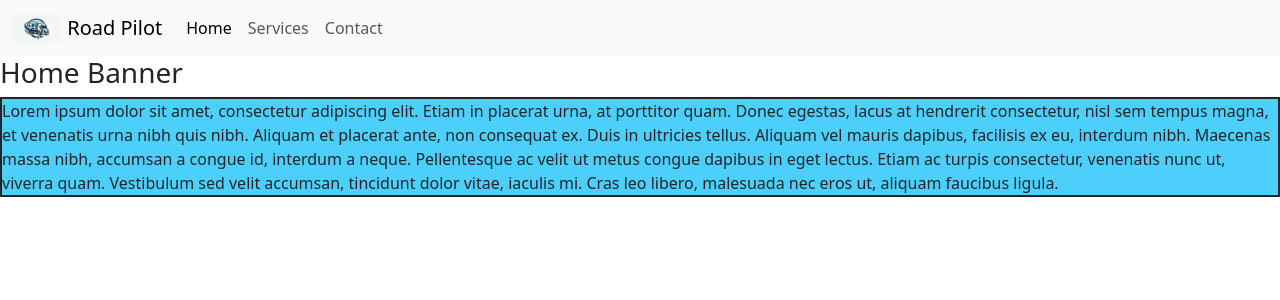
Repository: VictoriousMango/WebCreator
Page: index.html
An editor plug-in stored every save of this project. The page is shown before and after the next save, followed by the edit.
The browser window is 1280 px wide. The pictures show the whole page.

Above is the page before, as saved 2024-11-09 13:36:58.

After the next save:
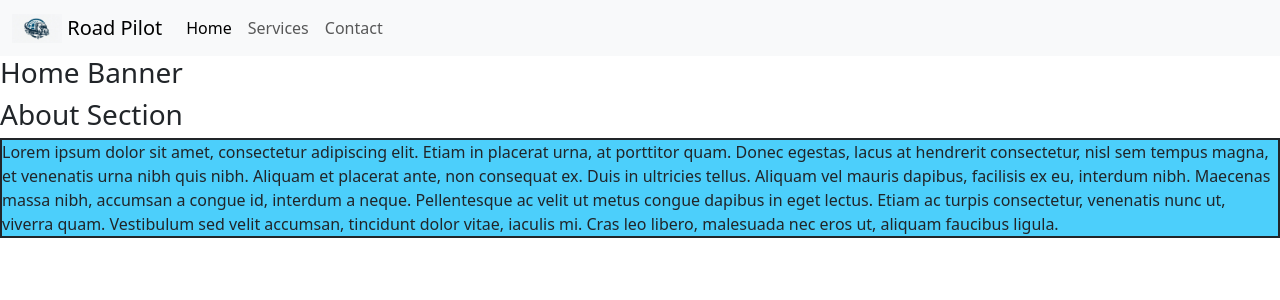
Saved 6 s later.
--- a/index.html
+++ b/index.html
@@ -43,7 +43,7 @@
             <h3>Home Banner</h3>
         </div>
         <div class="home__about">
-            <h3></h3>
+            <h3>About Section</h3>
         </div>
         <div class="home__service">
             <h3></h3>
